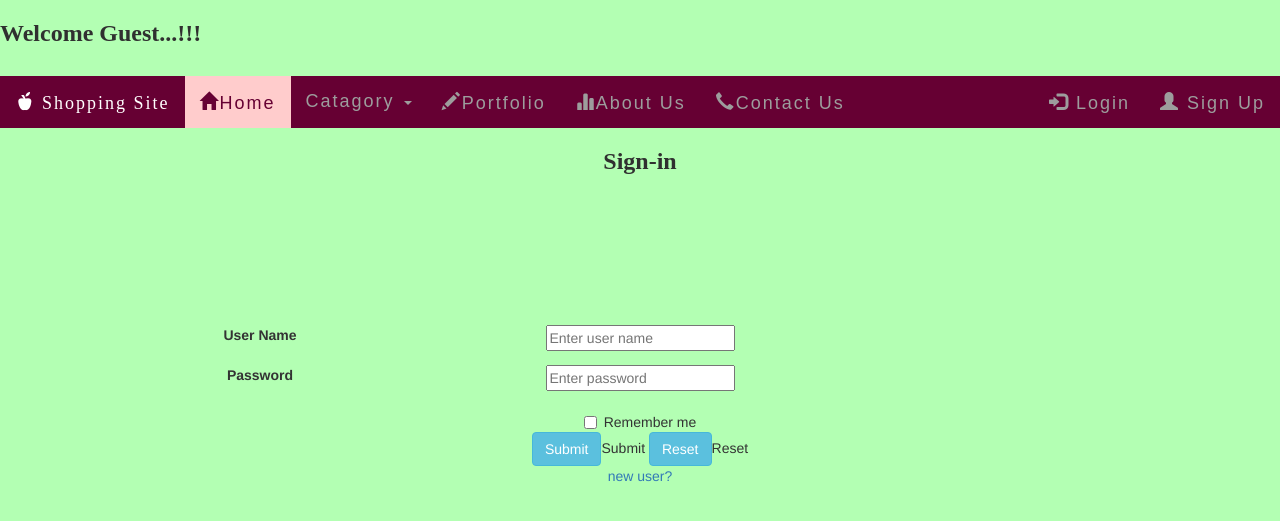
Repository: priyasuthakar/priya
Page: http://localhost/Apple/WEB-INF/views/login.jsp
The author's editor kept a copy of each file at every save. The page is drawn from the files as they stood at one save, then again after the next save.
The browser window is 1280 px wide. The pictures show the whole page.
The page is served by Tomcat 9. Nobody is signed in. The template is opened directly, without the code that normally fills it, so the values that code supplies are empty.

Above is the page before, as saved 2016-08-19 06:10:06.

After the next save:
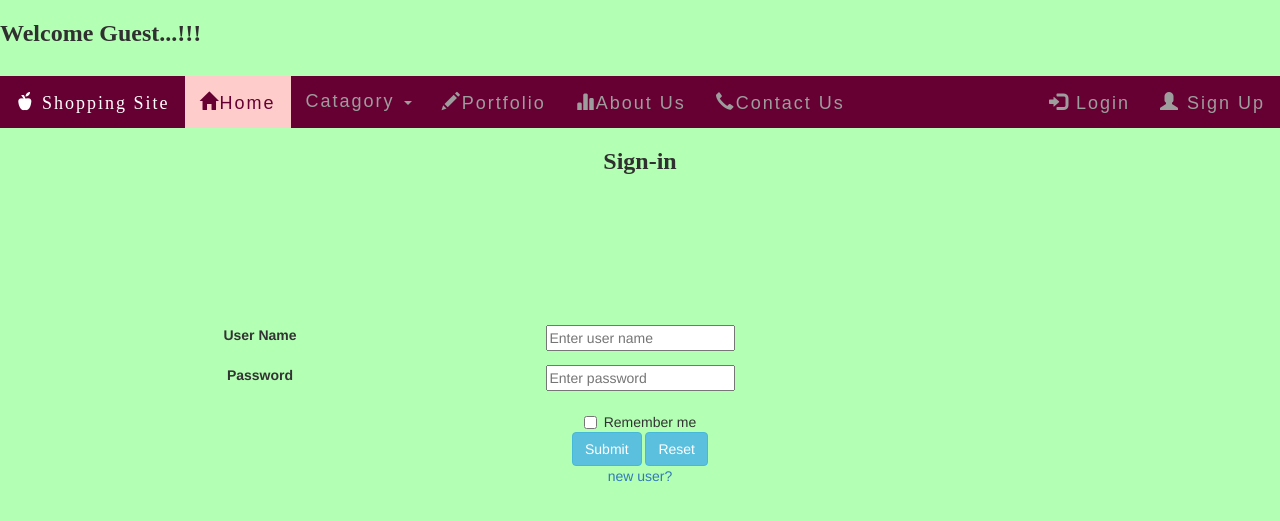
Saved 75 s later.
--- a/Apple/src/main/webapp/WEB-INF/views/login.jsp
+++ b/Apple/src/main/webapp/WEB-INF/views/login.jsp
@@ -101,8 +101,8 @@ footer .glyphicon {
 					<label><input type="checkbox"> Remember me</label>
 				</div>
 				<div>
-					<input  type="submit" class="btn btn-info">Submit</input>
-					<input type="reset" class="btn btn-info">Reset</input>
+					<input  type="submit" class="btn btn-info" />
+					<input type="reset" class="btn btn-info"/>
 					</div>
 					<div>
 					<a href="reg">new user?</a>
